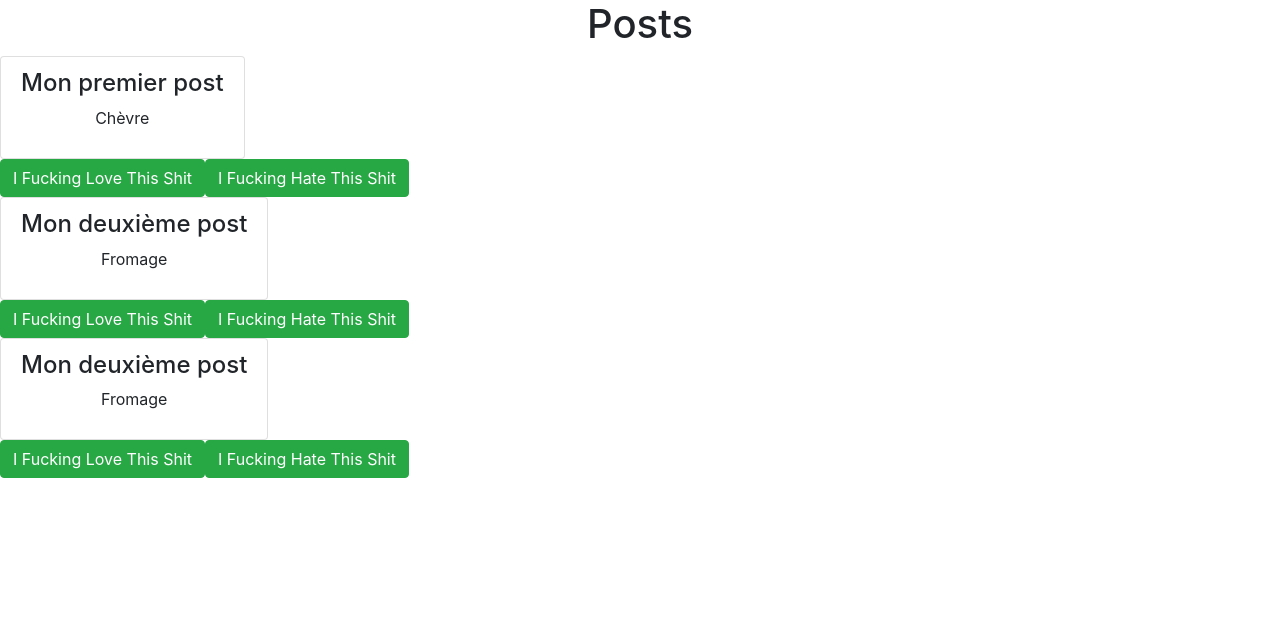
Repository: BillThePony/Ng-Blog-OC
Page: /
The author's editor kept a copy of each file at every save. The page is drawn from the files as they stood at one save, then again after a run of saves.
The browser window is 1280 px wide. The pictures show the whole page.
The project was rebuilt for these pictures with package versions that can differ from the ones it lists, and the page was loaded fresh each time. Also part of the build but not shown: angular.json.

Above is the page before, as saved 2018-10-09 18:10:52.

After the next 2 saves:
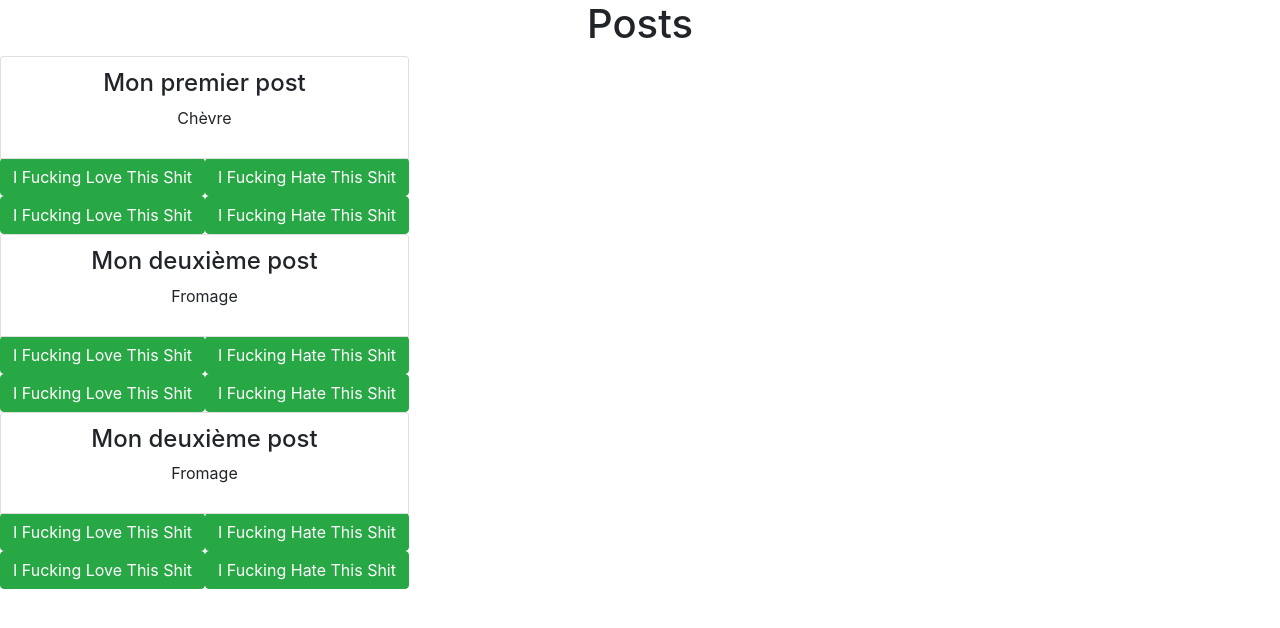
The 2 saves are shown as one change because they came seconds apart.
The last was saved 19 s later.
--- a/src/app/post-list-item/post-list-item.component.html
+++ b/src/app/post-list-item/post-list-item.component.html
@@ -9,6 +9,10 @@
                     <h4>{{postContenu.title}}</h4>
                     <p>{{postContenu.content}}</p>
                 </li>
+
+                <button class="btn btn-success" (click)=iLoveIt()>I Fucking Love This Shit</button>
+                <button class="btn btn-success" (click)=iDontLoveIt()>I Fucking Hate This Shit</button>
+
             </div>
         </div>
     </div>
